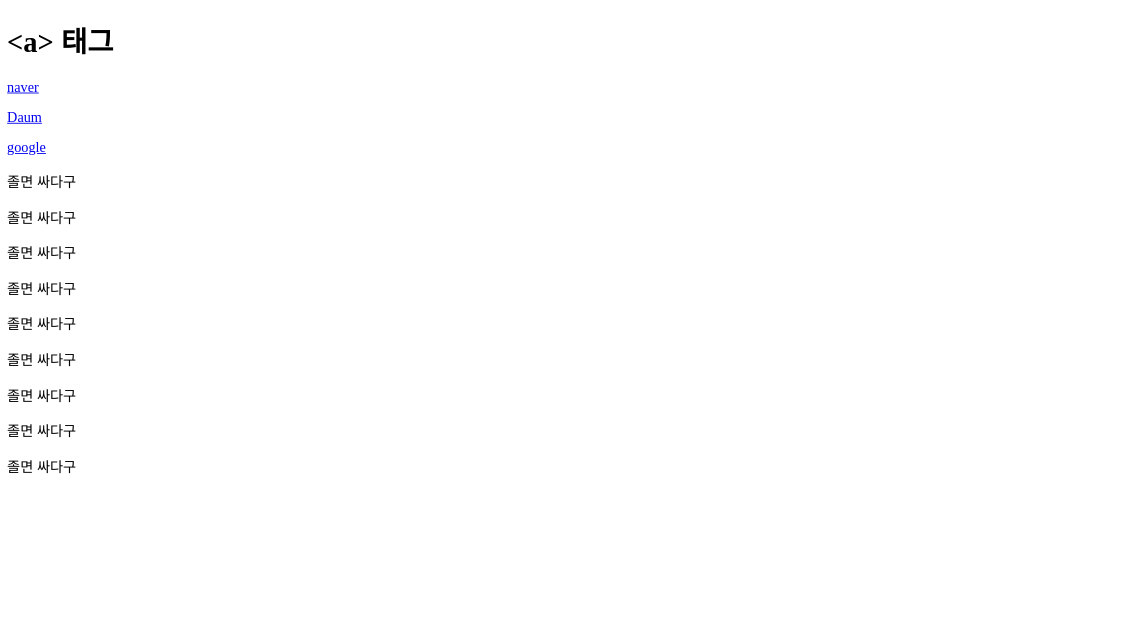
Repository: JeongHyeongKim/practice_myself
Page: Si_basic/WebProject/setp01_HTMLCS/WebContent/HTML/ex02_aTag.html
These files come from the project's save history. The page is drawn as it stood at one moment and after the next save; the edit follows.
The browser window is 1280 px wide. The pictures show the whole page, at 89% of full size.

Above is the page before, as saved 2019-04-22 04:06:28.

After the next save:
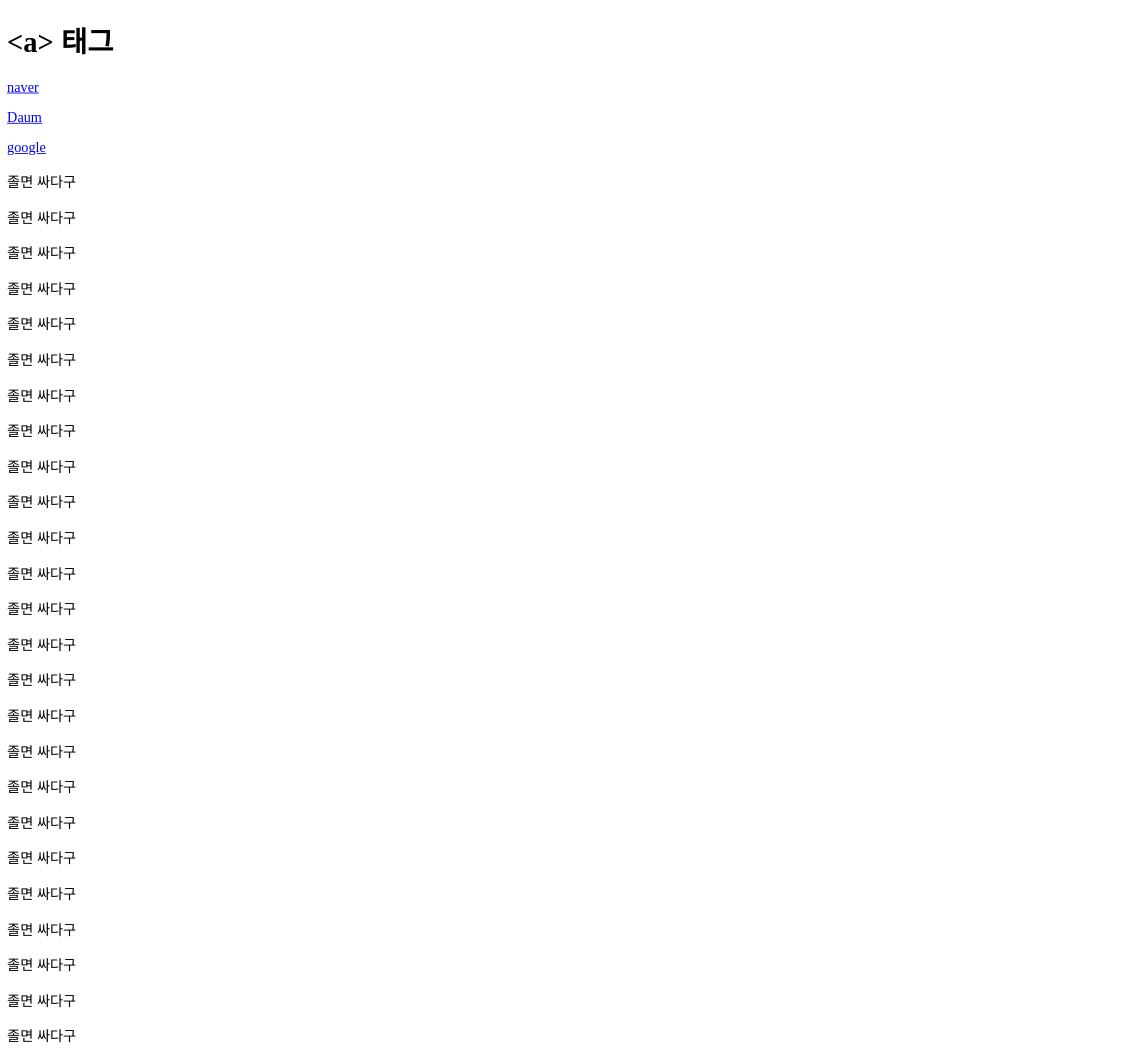
Saved 9 s later.
--- a/Si_basic/WebProject/setp01_HTMLCS/WebContent/HTML/ex02_aTag.html
+++ b/Si_basic/WebProject/setp01_HTMLCS/WebContent/HTML/ex02_aTag.html
@@ -19,6 +19,6 @@
 		<a href="http://www.daum.net">Daum</a> <p/>
 		<a href="http://www.google.com">google</a> <p/>
 
-		졸면 싸다구<p>졸면 싸다구<p>졸면 싸다구<p>졸면 싸다구<p>졸면 싸다구<p>졸면 싸다구<p>졸면 싸다구<p>졸면 싸다구<p>졸면 싸다구<p>
+		졸면 싸다구<p>졸면 싸다구<p>졸면 싸다구<p>졸면 싸다구<p>졸면 싸다구<p>졸면 싸다구<p>졸면 싸다구<p>졸면 싸다구<p>졸면 싸다구<p>졸면 싸다구<p>졸면 싸다구<p>졸면 싸다구<p>졸면 싸다구<p>졸면 싸다구<p>졸면 싸다구<p>졸면 싸다구<p>졸면 싸다구<p>졸면 싸다구<p>졸면 싸다구<p>졸면 싸다구<p>졸면 싸다구<p>졸면 싸다구<p>졸면 싸다구<p>졸면 싸다구<p>졸면 싸다구<p>
 	</body>
 </html>
